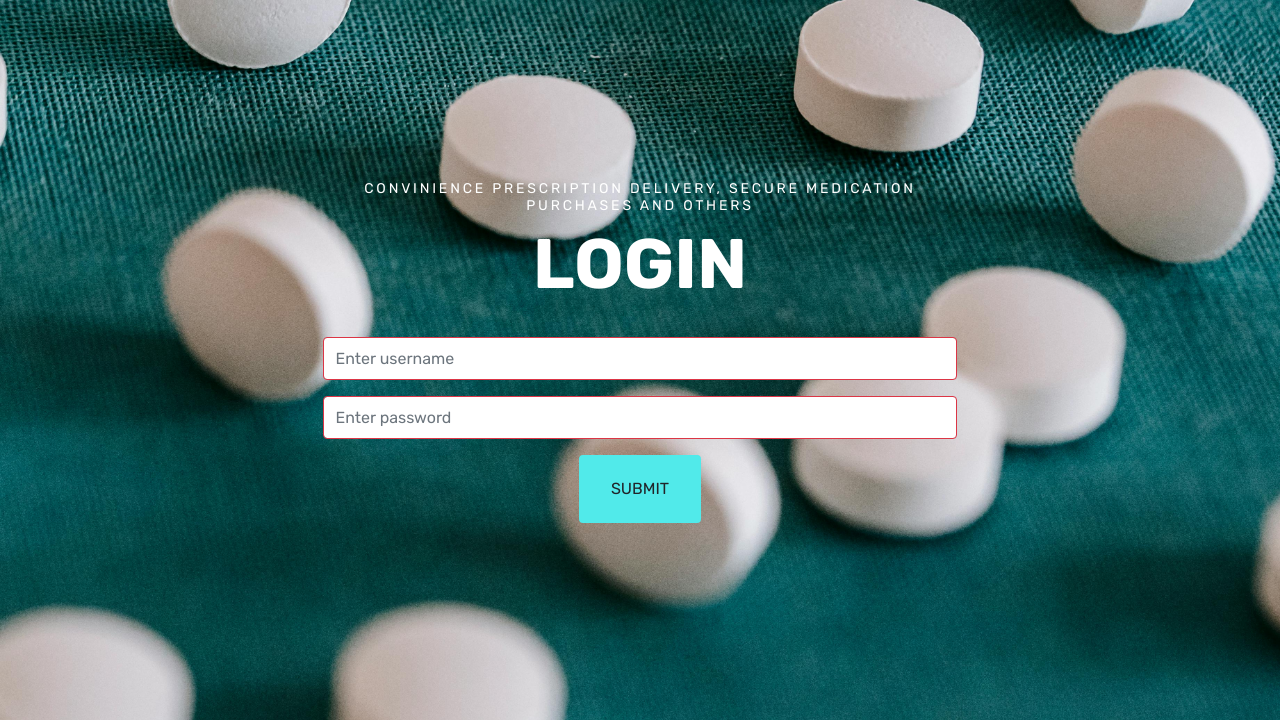
Repository: Argivist/Web-Doctor
Page: http://localhost/login/login.php
The author's editor kept a copy of each file at every save. The page is drawn from the files as they stood at one save, then again after the next save.
The browser window is 1280 px wide. The pictures show the whole page.
Some web fonts or font styles are not loaded; a fallback is used. The page is run by PHP 8.4 with error messages shown; the project is at /var/www/html/.

Above is the page before, as saved 2024-02-18 16:13:51.

After the next save:
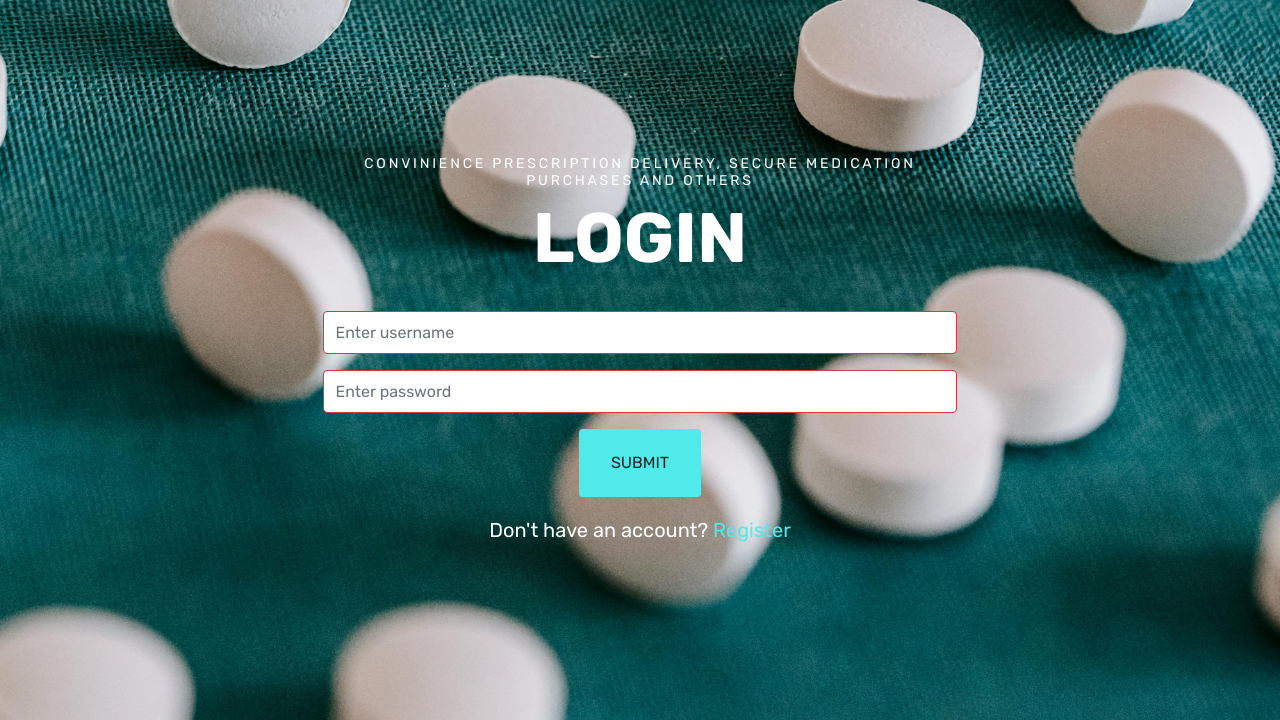
Saved 53 s later.
--- a/login/login.php
+++ b/login/login.php
@@ -19,29 +19,34 @@
 <body>
     <div class="site-wrap justify-content-center">
 
-    <div class="site-blocks-cover" style="background-image: url('../img/background/pharmacy_1.jpg');">
-      <div class="container">
-        <div class="row">
-          <div class="col-lg-7 mx-auto order-lg-2 align-self-center">
-            <div class="site-block-cover-content text-center">
-              <h2 class="sub-title"><?php if(isset($_GET['error'])){echo $_GET['error'];}else{echo "Convinience Prescription Delivery, Secure Medication Purchases and others";}?></h2>
-              <h1>Login</h1>
-              <form action="../actions/login_user.php" method="POST" class="was-validated" >
-                <div class="mb-3 mt-3 ">
-                    <input type="text" class="form-control" id="uname" placeholder="Enter username" name="uname" required>
+        <div class="site-blocks-cover" style="background-image: url('../img/background/pharmacy_1.jpg');">
+            <div class="container">
+                <div class="row">
+                    <div class="col-lg-7 mx-auto order-lg-2 align-self-center">
+                        <div class="site-block-cover-content text-center">
+                            <h2 class="sub-title"><?php if (isset($_GET['error'])) {
+                                                        echo $_GET['error'];
+                                                    } else {
+                                                        echo "Convinience Prescription Delivery, Secure Medication Purchases and others";
+                                                    } ?></h2>
+                            <h1>Login</h1>
+                            <form action="../actions/login_user.php" method="POST" class="was-validated">
+                                <div class="mb-3 mt-3 ">
+                                    <input type="text" class="form-control" id="uname" placeholder="Enter username" name="uname" required>
+                                </div>
+                                <div class="mb-3">
+                                    <input type="password" class="form-control" id="pwd" placeholder="Enter password" name="passwd" required>
+                                </div>
+                                <div class="mb-3" style="margin-bottom:30px;">
+                                    <button type="submit" class="btn btn-primary">Submit</button>
+                                </div>
+                                <p>Don't have an account? <a href="register.php">Register</a></p>
+                            </form>
+                        </div>
+                    </div>
                 </div>
-                <div class="mb-3">
-                    <input type="password" class="form-control" id="pwd" placeholder="Enter password" name="passwd" required>
-                </div>
-                <div class="mb-3" style="margin-bottom:30px;">
-                <button type="submit" class="btn btn-primary">Submit</button>
-</div>
-</form>
+
             </div>
-          </div>
-        </div>
-
-    </div>
 </body>
 
 </html>
